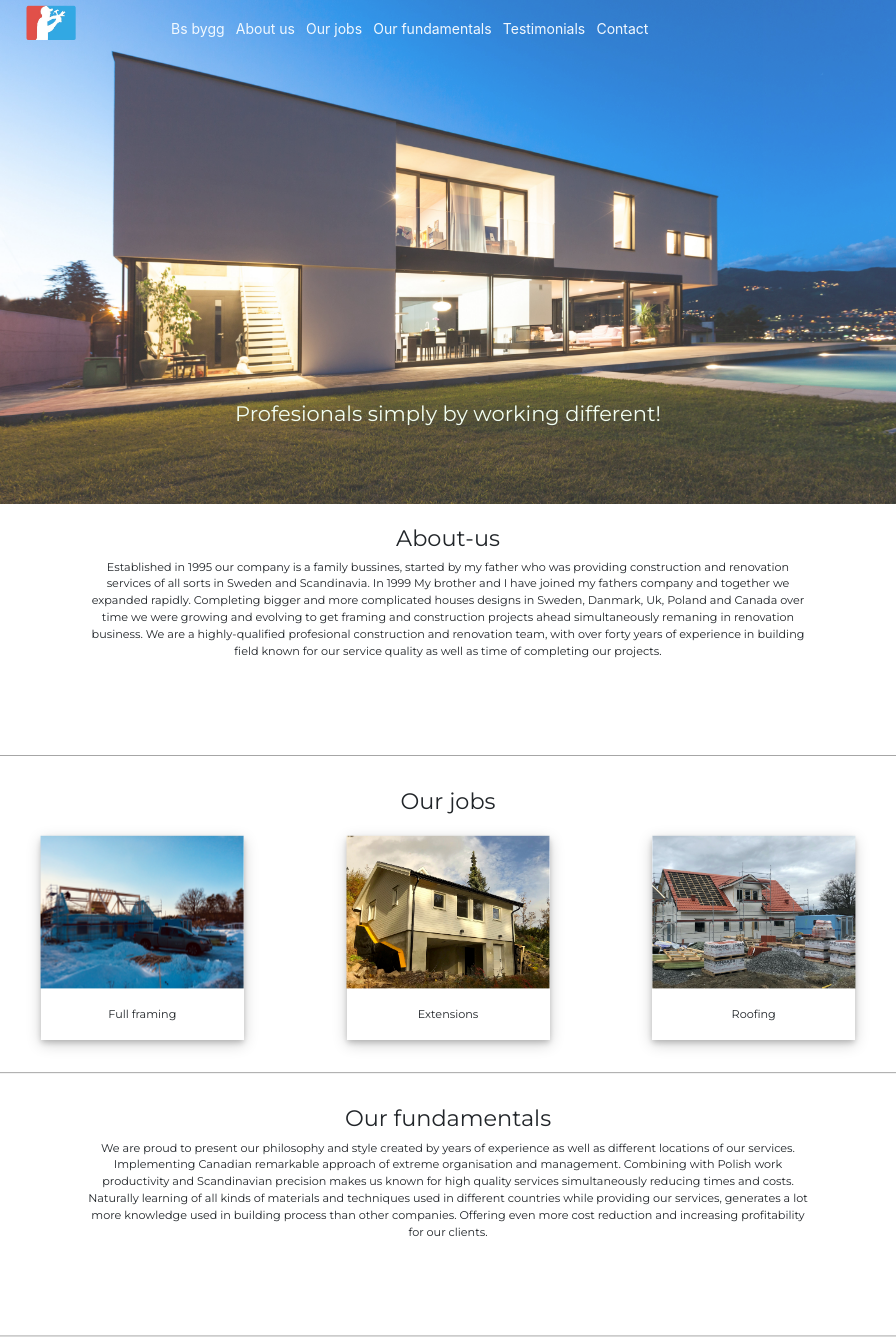
Repository: Bartie1982/milestone-project-1
Page: index.html
The author's editor kept a record of every edit. The page is drawn from the files as they stood at one moment, then again after the next edit.
The browser window is 1280 px wide. The pictures show the part of the page from y = 0 to 1920 px (the page is 2836 px tall), at 70% of full size.
Some web libraries are served in a nearby version.

Above is the page before.

After the next edit:
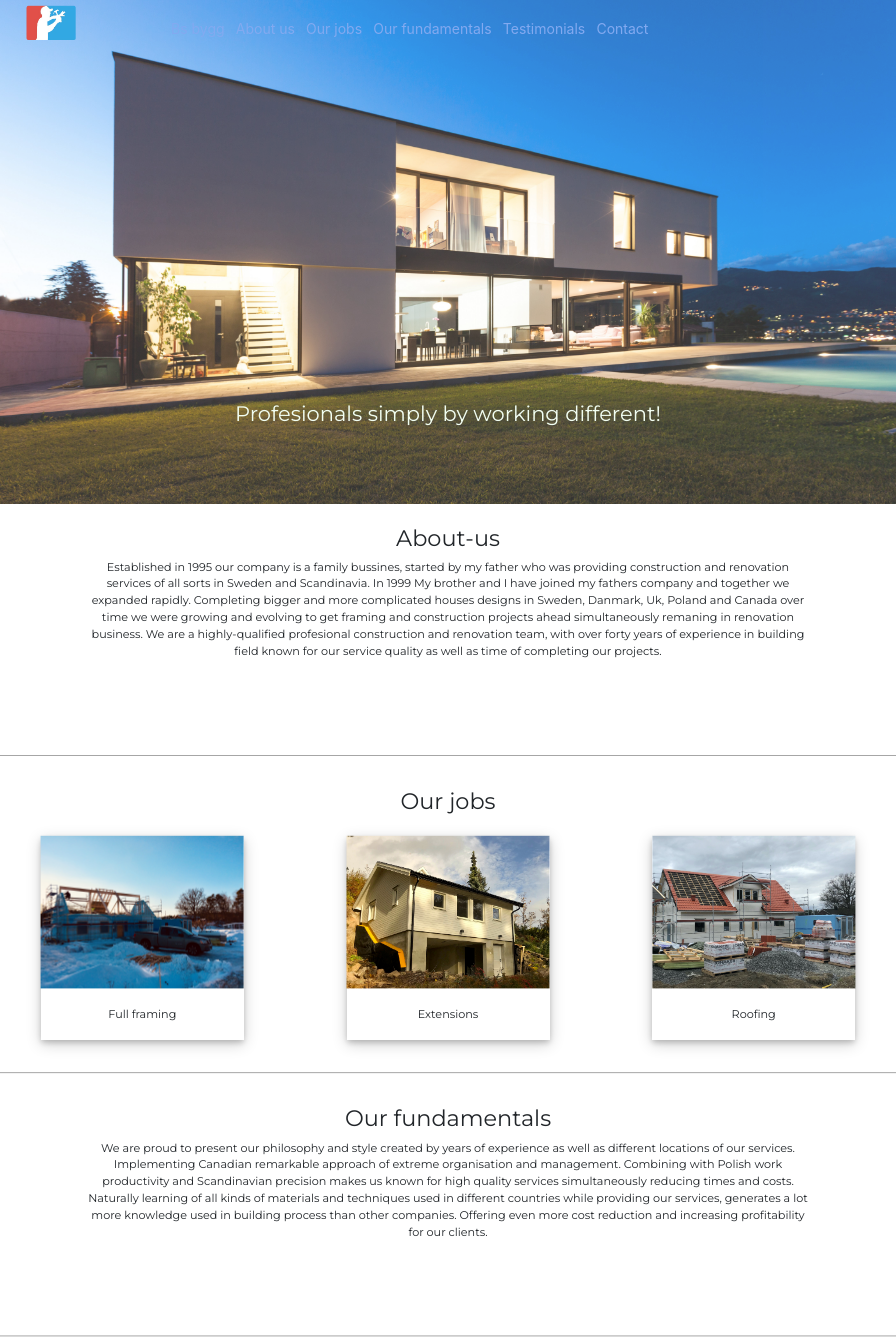
The edit:
--- a/assets/css/style.css
+++ b/assets/css/style.css
@@ -57,7 +57,7 @@
 
 .navbar-custom .navbar-brand,
 .navbar-custom .navbar-text {
-    color: #F0F8FF;
+    color: #6495ED;
 }
 
 .quote {
